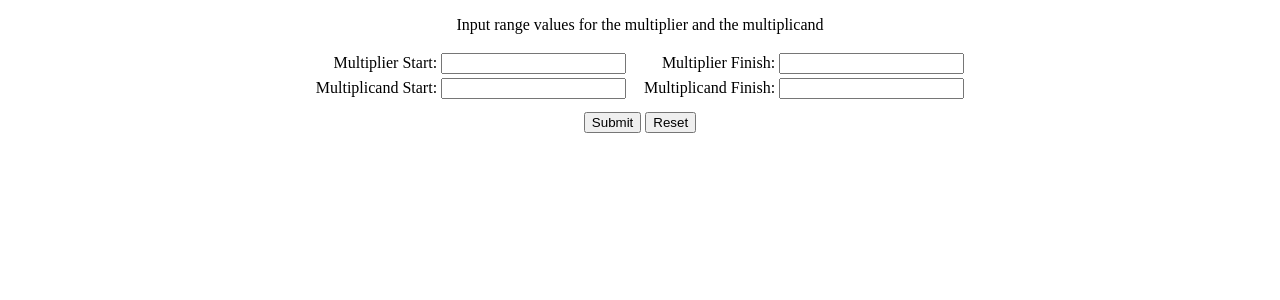
Repository: khrasna/HW4Part2
Page: index.html
The author's editor kept a copy of each file at every save. The page is drawn from the files as they stood at one save, then again after the next save.
The browser window is 1280 px wide. The pictures show the whole page.

Above is the page before, as saved 2021-11-13 12:45:31.

After the next save:
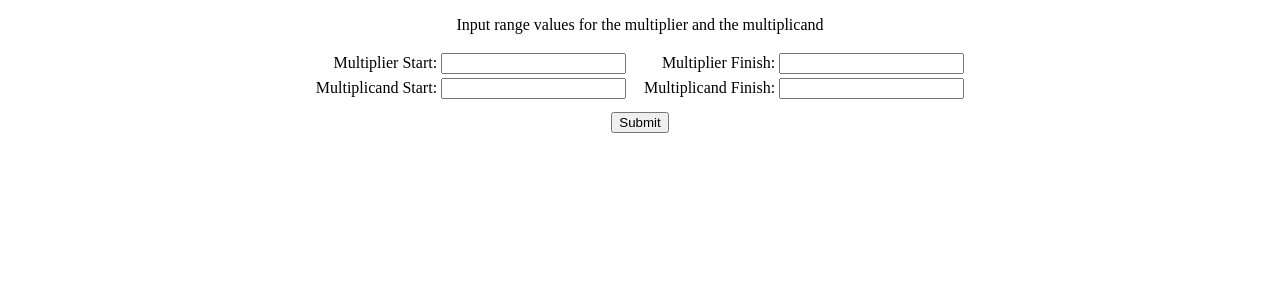
Saved 7 s later.
--- a/index.html
+++ b/index.html
@@ -28,7 +28,6 @@ By Karsten Hrasna  email Karsten_Hrasna@student.uml.edu-->
                 </tr>
             </table>
             <input type="submit" value="Submit"> <!--goes directly under form and processes the input to create a mult table-->
-            <input type="reset" value="Reset">
         </form>
         <p id="inputError"></p>
     </div>
